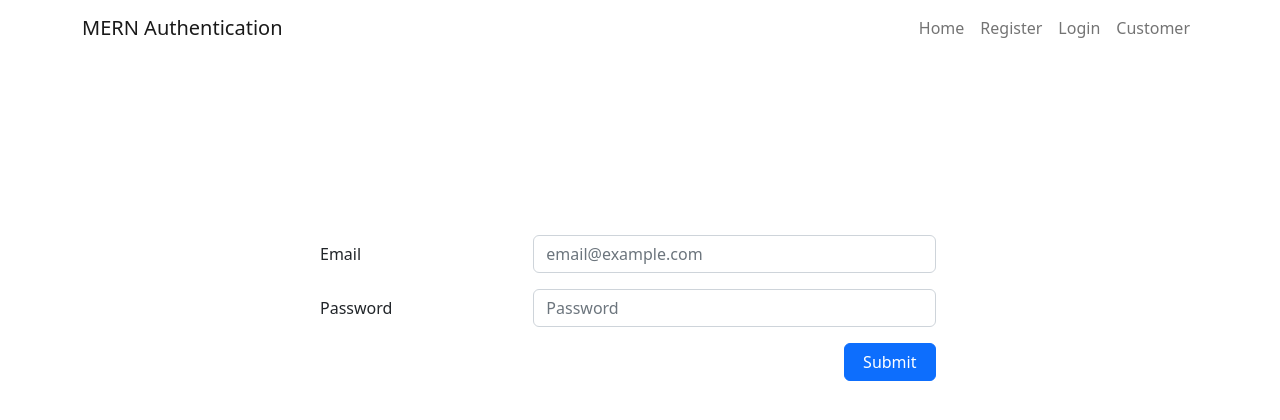
Repository: RubaHusam/MERN-Auth
Page: /login (app in frontend/)
An editor plug-in stored every save of this project. The page is shown before and after the next save, followed by the edit.
The browser window is 1280 px wide. The pictures show the whole page.
The page's requests for data from a server got no answer. The project was rebuilt for these pictures with package versions that can differ from the ones it lists, and the page was loaded fresh each time. No one was signed in, and anything a server would have sent is missing. Also part of the build but not shown: frontend/src/components/Auth/Register.js.

Above is the page before, as saved 2023-01-29 18:56:25.

### frontend/src/index.js
import React from 'react';
import ReactDOM from 'react-dom/client';
import './index.css';
import App from './App';

import 'bootstrap/dist/css/bootstrap.min.css';

const root = ReactDOM.createRoot(document.getElementById('root'));
root.render(
  <React.StrictMode>
    <App />
  </React.StrictMode>
);

### frontend/src/App.js
import React from 'react';
import { BrowserRouter as Router, Route, Routes } from 'react-router-dom';
import axios from 'axios';

import Header from './components/Layout/Header';
import Register from './components/Auth/Register';
import Login from './components/Auth/Login';

axios.defaults.withCredentials = true; //to allow save cookie

function App() {
  return (
    <>
      <Router>
        <Header />
        <Routes>
          <Route path='/' element={<div>Home</div>}></Route>
          <Route path='/register' element={<Register />}></Route>
          <Route path='/login' element={<Login />}></Route>
          <Route path='/customer' element={<div>Customer</div>}></Route>
        </Routes>
      </Router>
    </>
  );
}

export default App;

### frontend/src/components/Layout/Header.js
import React from 'react';
import { Nav, Navbar, Container, NavLink } from 'react-bootstrap';
import { Link } from 'react-router-dom';

export default function Header() {
  return (
    <>
      <Navbar collapseOnSelect expand='lg'>
        <Container>
          <Link to='/' style={{ textDecoration: 'none' }}>
            <Navbar.Brand href='/'>MERN Authentication</Navbar.Brand>
          </Link>
          <Navbar.Toggle aria-controls='responsive-navbar-nav' />
          <Navbar.Collapse id='responsive-navbar-nav'>
            <Nav
              style={{
                display: 'flex',
                justifyContent: 'right',
                width: '100%',
                textDecoration: 'none',
              }}>
              <Link to='/' style={{ textDecoration: 'none' }}>
                <NavLink href='/'>Home</NavLink>
              </Link>
              <Link to='/register' style={{ textDecoration: 'none' }}>
                <NavLink href='/register'>Register</NavLink>
              </Link>
              <Link to='/login' style={{ textDecoration: 'none' }}>
                <NavLink href='/login'>Login</NavLink>
              </Link>
              <Link to='/customer' style={{ textDecoration: 'none' }}>
                <NavLink href='/customer'>Customer</NavLink>
              </Link>
            </Nav>
          </Navbar.Collapse>
        </Container>
      </Navbar>
    </>
  );
}

### frontend/src/components/Auth/Login.js
import axios from 'axios';
import React, { useState } from 'react';
import { Form, Row, Col, Button } from 'react-bootstrap';

export default function Login() {
  const [email, setEmail] = useState();
  const [password, setPassword] = useState();

  // Validate
  const [validated, setValidated] = useState(false);

  const handleSubmit = (event) => {
    event.preventDefault();

    const form = event.currentTarget;
    if (form.checkValidity() === false) {
      event.stopPropagation();
    } else {
      login();
    }

    setValidated(true);
  };

  async function login() {
    try {
      const loginData = {
        email,
        password,
      };

      await axios.post('http://localhost:5000/auth/login', loginData);
    } catch (error) {
      console.error(error);
    }
  }

  return (
    <Row
      style={{
        width: '100%',
        display: 'flex',
        justifyContent: 'center',
        alignItems: 'center',
        height: '70vh',
      }}>
      <Form
        style={{ width: '50%' }}
        noValidate
        validated={validated}
        onSubmit={handleSubmit}>
        {/* Email */}
        <Form.Group as={Row} className='mb-3' controlId='formPlaintextEmail'>
          <Form.Label column lg='4' sm='2'>
            Email
          </Form.Label>
          <Col lg='8' sm='10'>
            <Form.Control
              type='email'
              placeholder='email@example.com'
              onChange={(e) => setEmail(e.target.value)}
              value={email}
              required
            />
          </Col>
        </Form.Group>

        {/* Password */}
        <Form.Group as={Row} className='mb-3' controlId='formPlaintextPassword'>
          <Form.Label column lg='4' sm='2'>
            Password
          </Form.Label>
          <Col lg='8' sm='10'>
            <Form.Control
              type='password'
              placeholder='Password'
              onChange={(e) => setPassword(e.target.value)}
              value={password}
              required
            />
          </Col>
        </Form.Group>

        <Row
          style={{
            width: '100%',
            display: 'flex',
            justifyContent: 'right',
            padding: '0 0 0 0 ',
            margin: '0',
          }}>
          <Button variant='primary' type='submit' style={{ width: '15%' }}>
            Submit
          </Button>
        </Row>
      </Form>
    </Row>
  );
}

### frontend/src/components/context/AuthContext.js
import axios from 'axios';
import React, { createContext, useEffect, useState } from 'react';

const AuthContext = createContext();

function AuthContextProvider(props) {
  const [loggedIn, setLoggedIn] = useState(undefined);
  async function getLoggedIn() {
    const loggedInRes = await axios.get('http://localhost:5000/auth/loggedIn');
    setLoggedIn(loggedInRes.data);
  }

  useEffect(() => {
    getLoggedIn();
  }, []);

  return (
    <AuthContext.Provider
      value={{ loggedIn, getLoggedIn }}></AuthContext.Provider>
  );
}
export default AuthContext;
export { AuthContextProvider };

Loaded but not shown: frontend/public/index.html (common file); frontend/src/index.css (common file)

After the next save:
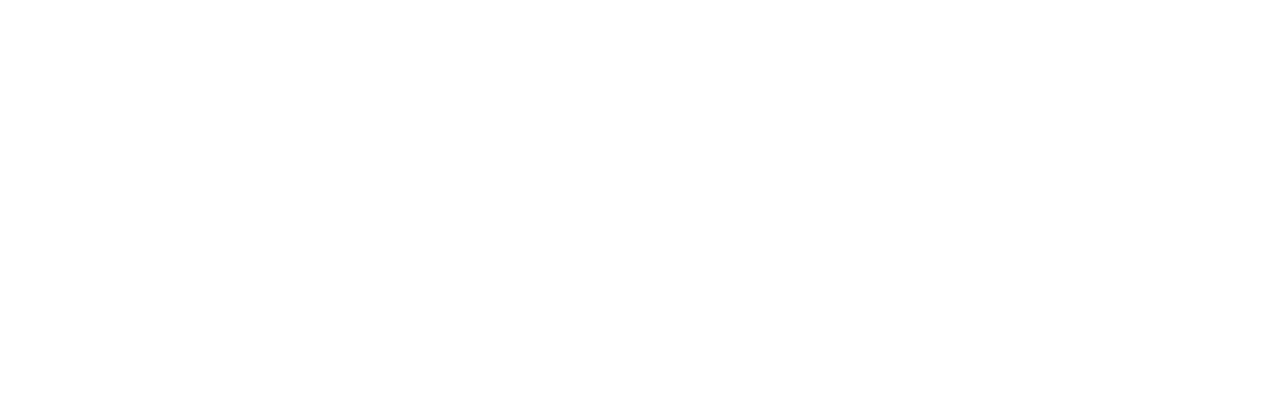
Saved 117 s later.
--- a/frontend/src/App.js
+++ b/frontend/src/App.js
@@ -5,12 +5,13 @@
 import Header from './components/Layout/Header';
 import Register from './components/Auth/Register';
 import Login from './components/Auth/Login';
+import { AuthContextProvider } from './components/context/AuthContext';
 
 axios.defaults.withCredentials = true; //to allow save cookie
 
 function App() {
   return (
-    <>
+    <AuthContextProvider>
       <Router>
         <Header />
         <Routes>
@@ -20,7 +21,7 @@
           <Route path='/customer' element={<div>Customer</div>}></Route>
         </Routes>
       </Router>
-    </>
+    </AuthContextProvider>
   );
 }
 

After the save that followed:
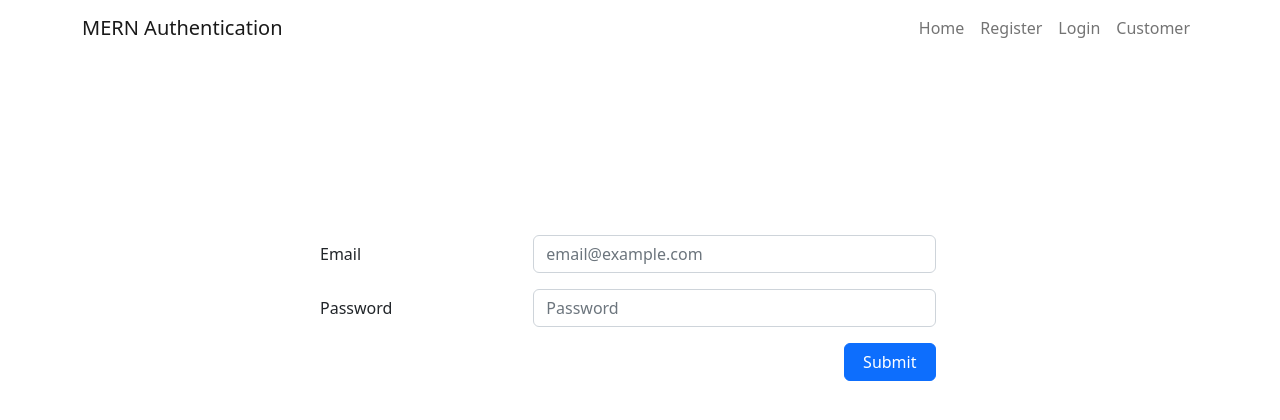
Saved 16 s later.
--- a/frontend/src/components/context/AuthContext.js
+++ b/frontend/src/components/context/AuthContext.js
@@ -15,8 +15,9 @@
   }, []);
 
   return (
-    <AuthContext.Provider
-      value={{ loggedIn, getLoggedIn }}></AuthContext.Provider>
+    <AuthContext.Provider value={{ loggedIn, getLoggedIn }}>
+      {props.children}
+    </AuthContext.Provider>
   );
 }
 export default AuthContext;
